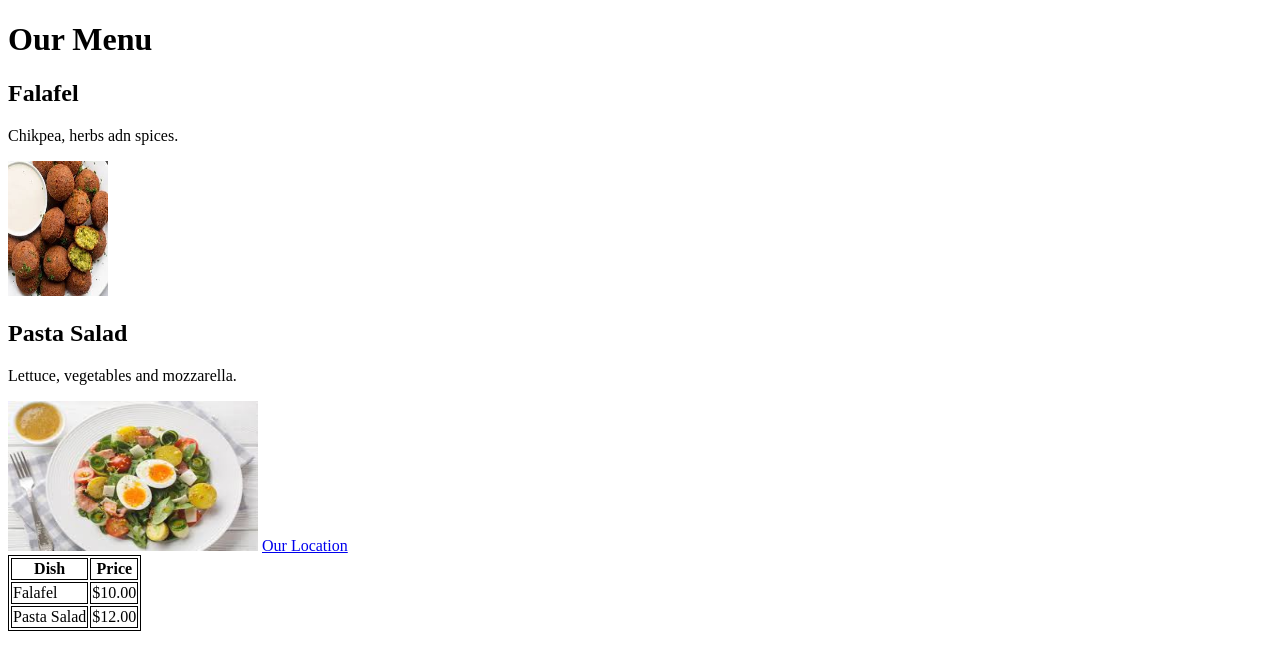
Repository: GiraldoNainggolan/Meta-Coursera
Page: Pengembang Front-End Meta/Modul 2/Mencoba/index.html
An editor plug-in stored every save of this project. The page is shown before and after a run of saves, followed by the edit.
The browser window is 1280 px wide. The pictures show the whole page.

Above is the page before, as saved 2025-01-26 07:33:44.

After the next 2 saves:
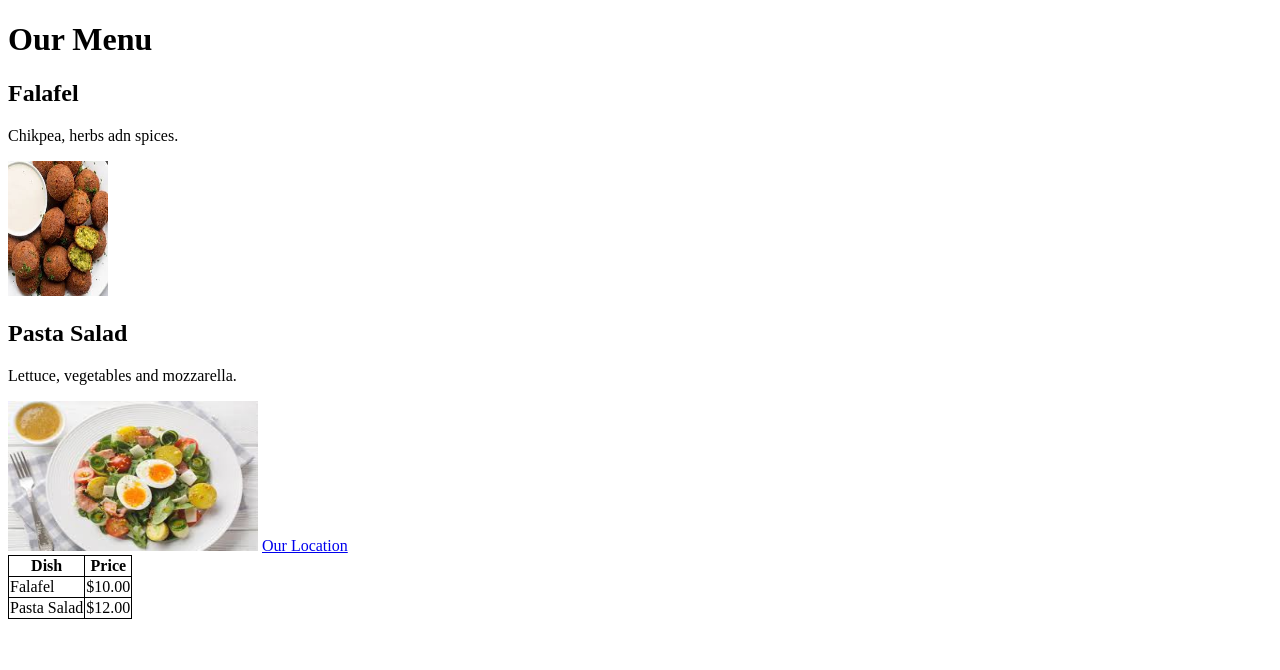
The 2 saves are shown as one change because they came seconds apart.
The last was saved 7 s later.
--- a/Pengembang Front-End Meta/Modul 2/Mencoba/index.html
+++ b/Pengembang Front-End Meta/Modul 2/Mencoba/index.html
@@ -17,7 +17,7 @@
     <style>
         table, th, td {
             border: 1px solid black;
-            border
+            border-collapse: collapse;
         }
     </style>
     <table>

After the save that followed:
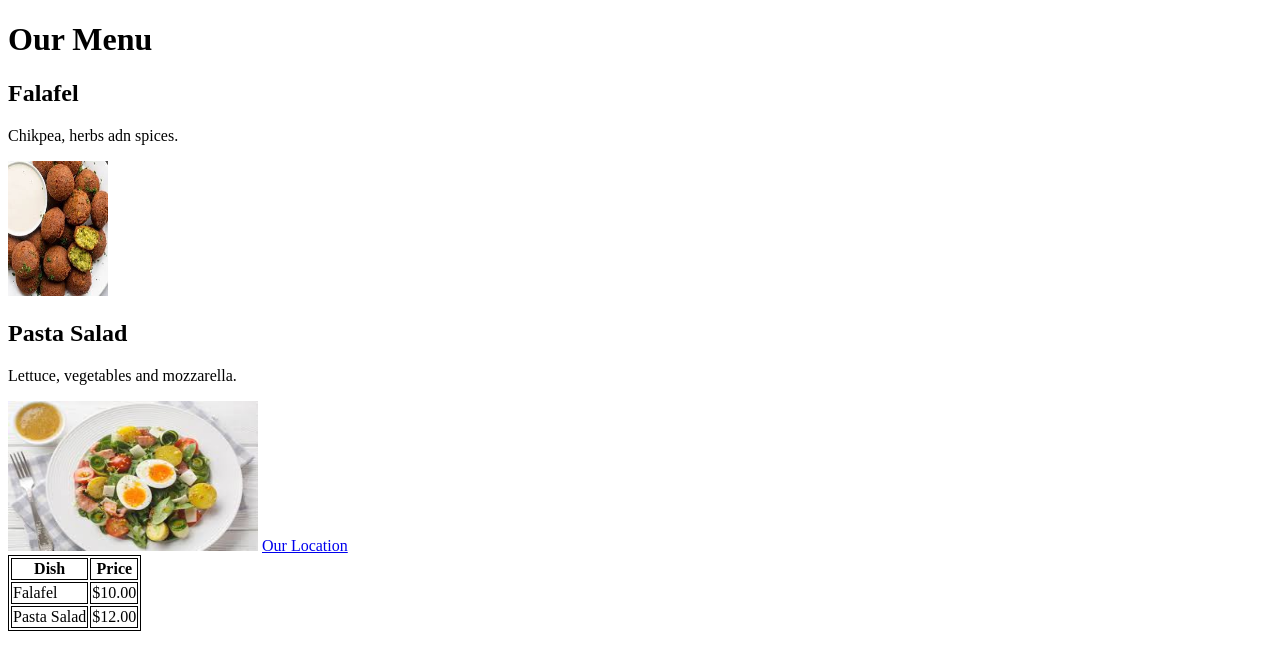
Saved 33 s later.
--- a/Pengembang Front-End Meta/Modul 2/Mencoba/index.html
+++ b/Pengembang Front-End Meta/Modul 2/Mencoba/index.html
@@ -17,7 +17,7 @@
     <style>
         table, th, td {
             border: 1px solid black;
-            border-collapse: collapse;
+            /* border-collapse: collapse; */
         }
     </style>
     <table>
